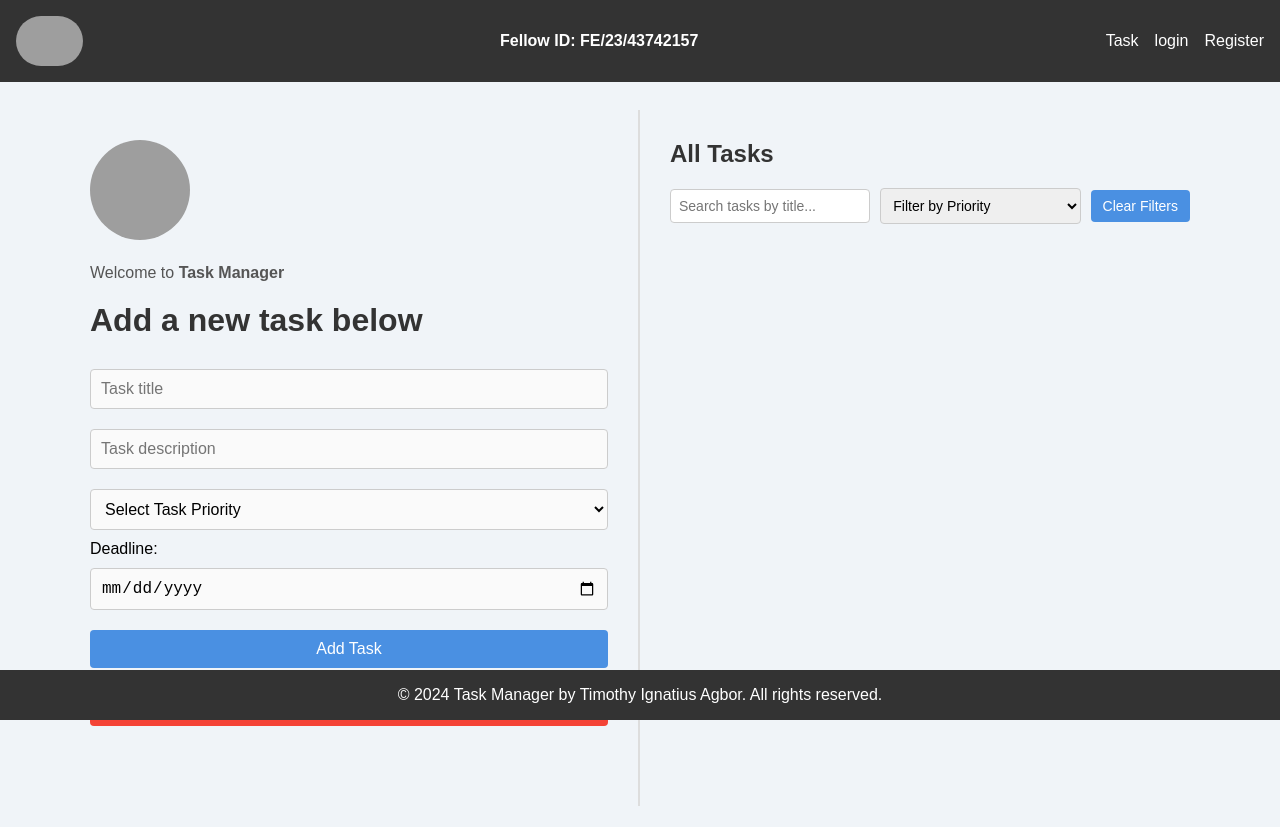
Repository: Evendors/TaskManager
Page: task.html
The author's editor kept a copy of each file at every save. The page is drawn from the files as they stood at one save, then again after the next save.
The browser window is 1280 px wide. The pictures show the whole page.
Pictures or frames that could not be fetched are drawn as grey boxes. The page's requests for data from a server got no answer.

Above is the page before, as saved 2024-12-04 05:28:05.

### task.html
<!DOCTYPE html>
<html lang="en">
  <head>
    <meta charset="UTF-8" />
    <meta name="viewport" content="width=device-width, initial-scale=1.0" />
    <title>Task Manager</title>
    <link rel="stylesheet" href="./frontend/styles/styles.css" />
  </head>
  <body>
    <!-- Header -->
    <header>

      <nav>
        <img
        src="https://files.oaiusercontent.com/file-UxxSnF9NpUokPpkfsqMf13?se=2024-12-02T05%3A53%3A05Z&sp=r&sv=2024-08-04&sr=b&rscc=max-age%3D604800%2C%20immutable%2C%20private&rscd=attachment%3B%20filename%3Da1944776-25e7-4fdd-b29a-8cf1dd8a7fa9.webp&sig=zPngKC45S%2BM4ZQV9ybl6Nb6VX7rAXM9pelPhFyGMbuw%3D"
        alt="Task Manager Logo"
        style="height: 50px; width: auto; margin-right: 10px; border-radius: 25px;"
      />


        <h1>Fellow ID: FE/23/43742157</h1>
        <ul>
          <li><a href="task.html">Task</a></li>
          <li><a href="login.html">login</a></li>
          <li><a href="index.html">Register</a></li>
        </ul>
      </nav>
    </header>

    <!-- Main Content -->
    <div class="container">
      <div class="left">
        <img
          style="height: 100px; width: 100px; border-radius: 50px"
          src="https://lh3.googleusercontent.com/a/ACg8ocK4ZTq-NP8qakNvmpa3VUDR7UgA2SCu1MhHvHXfKx0qfc4LE1V9=s288-c-no"
          alt="Timothy image"
        />
        <p>
          Welcome to   <strong>Task Manager</strong><br />
       <h1>   Add a new task below</h1>
        </p>
        <form id="taskForm">
          <input type="text" id="taskTitle" placeholder="Task title" />
          <input type="text" id="taskDesc" placeholder="Task description" />

          <select name="priority" id="priority">
            <option disabled selected>Select Task Priority</option>
            <option value="high">High</option>
            <option value="medium">Medium</option>
            <option value="low">Low</option>
          </select>

          <div>
            <label for="deadline">Deadline:</label>
            <input type="date" name="deadline" id="deadline" />
          </div>
          <button type="submit" id="add">Add Task</button>
        </form>

        <button class="logOut">Log Out</button>
      </div>
      <div class="right">
        <h2>All Tasks</h2>
<!-- Filtering and Searching -->
<div class="taskFilters">
  <input
    type="text"
    id="searchTasks"
    placeholder="Search tasks by title..."
  />
  <select id="filterPriority">
    <option value="" selected>Filter by Priority</option>
    <option value="high">High</option>
    <option value="medium">Medium</option>
    <option value="low">Low</option>
  </select>
  <button id="clearFilters">Clear Filters</button>
</div>

        <div class="allTasks">
          <!-- Task Added will show Here -->
        </div>
      </div>
    </div>

    <!-- Footer -->
    <footer>
      <p>&copy; 2024 Task Manager by Timothy Ignatius Agbor. All rights reserved.</p>
    </footer>

    <script src="./frontend/js/app.js"></script>
  </body>
</html>

### frontend/styles/styles.css
/* Reset default margin and padding */
* {
  margin: 0;
  padding: 0;
  box-sizing: border-box;
}

/* Body styling */
body {
  font-family: Arial, sans-serif;
  background-color: #f0f4f8;
  display: flex;
  justify-content: center;
  align-items: flex-start; /* Prevents footer overlap */
  min-height: 100vh;
  padding-top: 70px; /* Adjust for fixed header */
}

/* Header Styles */
header {
  background-color: #333;
  color: white;
  padding: 1rem;
  position: fixed;
  top: 0;
  width: 100%;
  z-index: 1000;
}

header nav {
  display: flex;
  justify-content: space-between;
  align-items: center;
}


header nav h1 {
  font-size: 1rem;
}

header nav ul {
  list-style: none;
  display: flex;
  gap: 1rem;
}

header nav ul li a {
  color: white;
  text-decoration: none;
  font-size: 1rem;
}

header nav ul li a:hover {
  text-decoration: underline;
  color: #336699;
border: 2px solid #ffffff;
border-radius: 5px;
padding: 2px;
}

/* Footer Styles */
footer {
  background-color: #333;
  color: white;
  text-align: center;
  padding: 1rem 0;
  position: fixed;
  bottom: 0;
  width: 100%;
  z-index: 1000;
}

/* Container styling */
.container {
  display: flex;
  flex-direction: row;
  justify-content: space-between;
  padding: 20px;
  max-width: 1200px;
  margin: auto;
  margin-top: 20px; /* To avoid header overlap */
}

/* Left Section */
.left {
  width: 50%;
  padding: 30px;
  border-right: 2px solid #ddd;
}

.left img {
  height: 100px;
  width: 100px;
  border-radius: 50px;
  margin-bottom: 20px;
}

.left h1 {
  margin-bottom: 10px;
  color: #333;
}

.left p {
  color: #555;
  font-size: 16px;
  margin-bottom: 20px;
}

.left form {
  margin-top: 20px;
}

.left input,
.left select {
  width: 100%;
  padding: 10px;
  margin: 10px 0;
  border: 1px solid #ccc;
  border-radius: 4px;
  background-color: #fafafa;
  font-size: 16px;
}

.left input:focus,
.left select:focus {
  border-color: #4a90e2;
  outline: none;
}

.left button {
  width: 100%;
  padding: 10px;
  background-color: #4a90e2;
  color: white;
  border: none;
  border-radius: 4px;
  font-size: 16px;
  cursor: pointer;
  margin-top: 10px;
}

.left button:hover {
  background-color: #357ab7;
}

.left button:active {
  background-color: #336699;
}

.left .logOut {
  width: 100%;
  padding: 10px;
  background-color: #f44336;
  color: white;
  border: none;
  border-radius: 4px;
  font-size: 16px;
  cursor: pointer;
  margin-top: 20px;
  margin-bottom: 50px;
}

.left .logOut:hover {
  background-color: #d32f2f;
}

.left .logOut:active {
  background-color: #b71c1c;
}

/* Right Section */
.right {
  width: 50%;
  padding: 30px;
}

.right h2 {
  color: #333;
  margin-bottom: 20px;
}

.allTasks {
  margin-top: 20px;
}

.task {
  background-color: #ffffff; /* Changed from #f9f9f9 to white */
  padding: 20px;
  margin: 10px 0;
  border-radius: 6px;
  font-size: 28px;
  box-shadow: 0 2px 10px rgba(0, 0, 0, 0.12); /* Stronger shadow for better contrast */
  color: #000; /* Ensure text is dark enough for readability */
}

.task h3 {
  margin-bottom: 10px;
}

.details p {
  margin: 5px 0;
}

/* Task Control Buttons */
.control span {
  margin-right: 10px;
  cursor: pointer;
  color: #4a90e2;
}

.control span:hover {
  text-decoration: underline;
}

.control {
  margin-top: 10px;
}

/* Edit and Delete buttons */
.task .edit,
.task .delete {
  color: #ffffff;
  font-weight: bold;
  cursor: pointer;
  margin-right: 10px;
}

.task .edit:hover,
.task .delete:hover {
  color: white;
  background-color: #ed7117; /* Orange color on hover */
  border-radius: 4px;
  padding: 3px;
}

.task .edit,
.task .delete {
  font-size: 14px;
  padding: 2px;
}
/* filter and search tasks */
/* Task Filters */
.taskFilters {
  display: flex;
  gap: 10px;
  margin-bottom: 20px;
  align-items: center;
}

.taskFilters input[type="text"],
.taskFilters select {
  padding: 8px;
  font-size: 14px;
  border: 1px solid #ccc;
  border-radius: 4px;
  flex: 1;
}

.taskFilters button {
  padding: 8px 12px;
  font-size: 14px;
  background-color: #4a90e2;
  color: white;
  border: none;
  border-radius: 4px;
  cursor: pointer;
}

.taskFilters button:hover {
  background-color: #357ab7;
}

### frontend/js/app.js
const colors = [
  "#893101",
  "#ed7117",
  "#d16002",
  "#cc5801",
  "#b56727",
  "#d67229",
];

const title = document.getElementById("taskTitle");
const desc = document.getElementById("taskDesc");
const priority = document.getElementById("priority");
const deadline = document.getElementById("deadline");
const add = document.getElementById("add");
const allTasks = document.querySelector(".allTasks");

// Elements for filtering and searching
const searchInput = document.getElementById("searchTasks");
const filterPriority = document.getElementById("filterPriority");
const clearFilters = document.getElementById("clearFilters");

let tasksFromServer = [];

// Function to render tasks
function renderTasks(tasks) {
  allTasks.innerHTML = ""; // Clear current tasks
  tasks.forEach((task) => {
    const taskItem = document.createElement("div");
    taskItem.classList.add("task");
    taskItem.style.backgroundColor =
      colors[Math.floor(Math.random() * colors.length)];
    taskItem.setAttribute("data-id", task._id); // Add unique identifier (assumes _id is the identifier)
    taskItem.innerHTML = `
      <h3>${task.title}</h3>
      <p>${task.description}</p>
      <div>
        <p>Priority: ${task.priority}</p>
        <p>Deadline: ${new Date(task.deadline).toLocaleDateString()}</p>
      </div>
      <div>
        <span class="edit">Edit</span>
        <span class="delete">Delete</span>
      </div>
    `;

    // Add event listeners for edit and delete buttons
    taskItem
      .querySelector(".edit")
      .addEventListener("click", () => editTask(task._id));
    taskItem
      .querySelector(".delete")
      .addEventListener("click", () => deleteTask(task._id));

    allTasks.appendChild(taskItem);
  });
}

// Fetch tasks from the server
function fetchTasks() {
  fetch("http://localhost:3000/api/tasks/get-tasks", {
    method: "GET",
    headers: {
      "Content-Type": "application/json",
    },
    credentials: "include",
  })
    .then((response) => {
      if (!response.ok) {
        throw new Error("Failed to fetch tasks");
      }
      return response.json();
    })
    .then((data) => {
      tasksFromServer = data; // Store fetched tasks
      renderTasks(tasksFromServer); // Render all tasks initially
    })
    .catch((error) => {
      console.error("Error:", error);
      alert("There was an error fetching tasks.");
    });
}

// Add a new task
add.addEventListener("click", (e) => {
  e.preventDefault();

  if (
    title.value === "" ||
    desc.value === "" ||
    priority.value === "" ||
    deadline.value === ""
  ) {
    alert("All fields are required");
    return;
  }

  const taskData = {
    title: title.value,
    description: desc.value,
    priority: priority.value,
    deadline: new Date(deadline.value),
  };

  fetch("http://localhost:3000/api/tasks/create", {
    method: "POST",
    headers: {
      "Content-Type": "application/json",
    },
    body: JSON.stringify(taskData),
    credentials: "include",
  })
    .then((response) => {
      if (!response.ok) {
        throw new Error("Failed to create task");
      }
      return response.json();
    })
    .then((data) => {
      console.log("Task created:", data);
      alert("Task created successfully");
      title.value = "";
      desc.value = "";
      priority.value = "";
      deadline.value = "";
      fetchTasks(); // Refresh task list
    })
    .catch((error) => {
      console.error("Error:", error);
      alert("There was an error creating the task.");
    });
});

// Edit a task
function editTask(taskId) {
  const taskToEdit = tasksFromServer.find((task) => task._id === taskId);

  // Pre-populate input fields with current task data
  title.value = taskToEdit.title;
  desc.value = taskToEdit.description;
  priority.value = taskToEdit.priority;
  deadline.value = new Date(taskToEdit.deadline).toISOString().split("T")[0];

  // Update task on form submission
  add.removeEventListener("click", createTask); // Ensure no duplicate listeners
  add.addEventListener("click", (e) => {
    e.preventDefault();

    if (
      title.value === "" ||
      desc.value === "" ||
      priority.value === "" ||
      deadline.value === ""
    ) {
      alert("All fields are required");
      return;
    }

    const updatedTaskData = {
      title: title.value,
      description: desc.value,
      priority: priority.value,
      deadline: new Date(deadline.value),
    };

    fetch(`http://localhost:3000/api/tasks/update/${taskId}`, {
      method: "PUT",
      headers: {
        "Content-Type": "application/json",
      },
      body: JSON.stringify(updatedTaskData),
      credentials: "include",
    })
      .then((response) => {
        if (!response.ok) {
          throw new Error("Failed to update task");
        }
        return response.json();
      })
      .then((data) => {
        console.log("Task updated:", data);
        alert("Task updated successfully");
        title.value = "";
        desc.value = "";
        priority.value = "";
        deadline.value = "";
        fetchTasks(); // Refresh task list
      })
      .catch((error) => {
        console.error("Error:", error);
        alert("There was an error updating the task.");
      });
  });
}
// Handle logout
const logOutButton = document.querySelector(".logOut");

logOutButton.addEventListener("click", () => {
  // Make a request to the server to log the user out
  fetch("http://localhost:3000/api/auth/logout", {
    method: "POST", // Assuming your API expects a POST request for logout
    headers: {
      "Content-Type": "application/json",
    },
    credentials: "include", // Include cookies if using session-based authentication
  })
    .then((response) => {
      if (!response.ok) {
        throw new Error("Logout failed");
      }
      return response.json();
    })
    .then((data) => {
      console.log("Logout successful", data);
      // Redirect to login page after successful logout
      window.location.href = "login.html";
    })
    .catch((error) => {
      console.error("Error:", error);
      alert("There was an error logging out.");
    });
});

// Delete a task
function deleteTask(taskId) {
  const confirmation = confirm("Are you sure you want to delete this task?");
  if (confirmation) {
    fetch(`http://localhost:3000/api/tasks/delete/${taskId}`, {
      method: "DELETE",
      headers: {
        "Content-Type": "application/json",
      },
      credentials: "include",
    })
      .then((response) => {
        if (!response.ok) {
          throw new Error("Failed to delete task");
        }
        return response.json();
      })
      .then((data) => {
        console.log("Task deleted:", data);
        alert("Task deleted successfully");
        fetchTasks(); // Refresh task list
      })
      .catch((error) => {
        console.error("Error:", error);
        alert("There was an error deleting the task.");
      });
  }
}

// Search tasks by title
searchInput.addEventListener("input", () => {
  const searchQuery = searchInput.value.toLowerCase();
  const filteredTasks = tasksFromServer.filter((task) =>
    task.title.toLowerCase().includes(searchQuery)
  );
  renderTasks(filteredTasks);
});

// Filter tasks by priority
filterPriority.addEventListener("change", () => {
  const priority = filterPriority.value;
  const filteredTasks = priority
    ? tasksFromServer.filter((task) => task.priority === priority)
    : tasksFromServer;
  renderTasks(filteredTasks);
});

// Clear filters and show all tasks
clearFilters.addEventListener("click", () => {
  searchInput.value = "";
  filterPriority.value = "";
  renderTasks(tasksFromServer);
});

// Fetch and render tasks when page loads
window.addEventListener("load", fetchTasks);

After the next save:
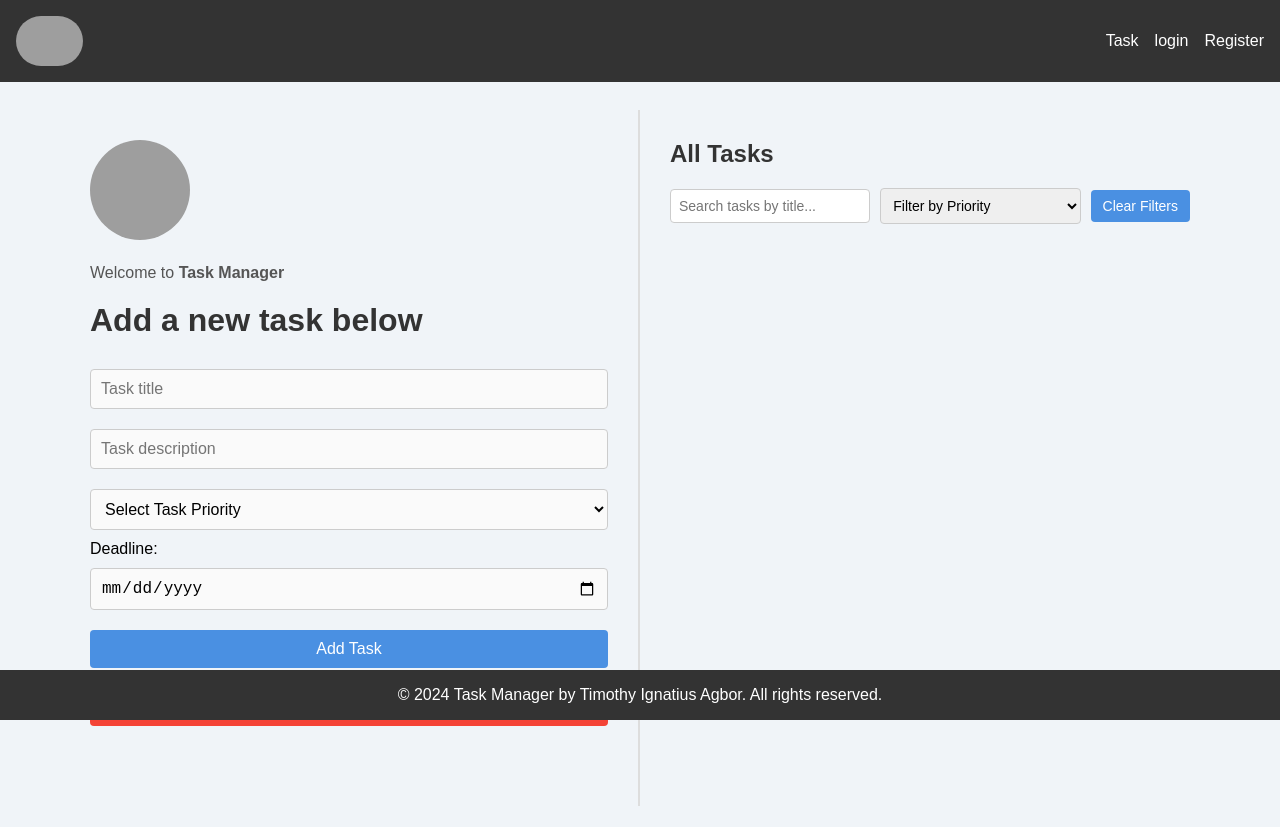
Saved 6 s later.
--- a/task.html
+++ b/task.html
@@ -18,7 +18,6 @@
       />
 
 
-        <h1>Fellow ID: FE/23/43742157</h1>
         <ul>
           <li><a href="task.html">Task</a></li>
           <li><a href="login.html">login</a></li>
